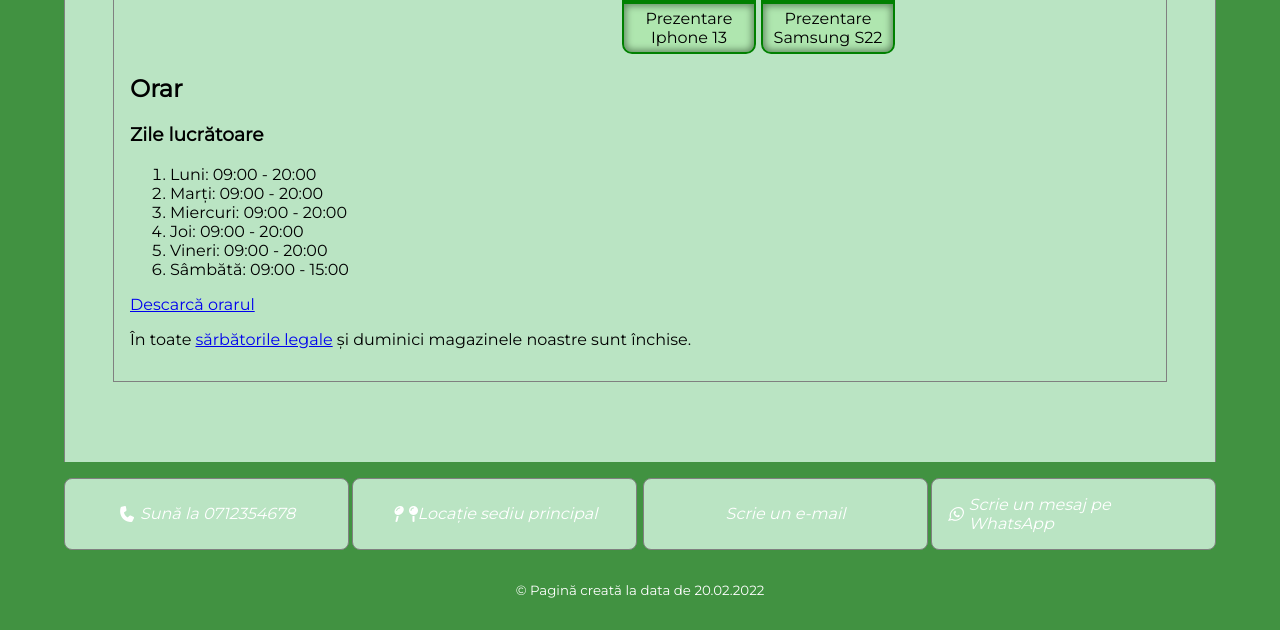
Repository: alexbanilean/Proiect-TW---ElectroHub
Page: index.html
These files come from the project's save history. The page is drawn as it stood at one moment and after a run of saves; the edit follows.
The browser window is 1280 px wide. The pictures show the part of the page from y = 3948 to 4578 px (the page is 4578 px tall).

Above is the page before, as saved 2022-03-06 21:58:04.

After the next 2 saves:
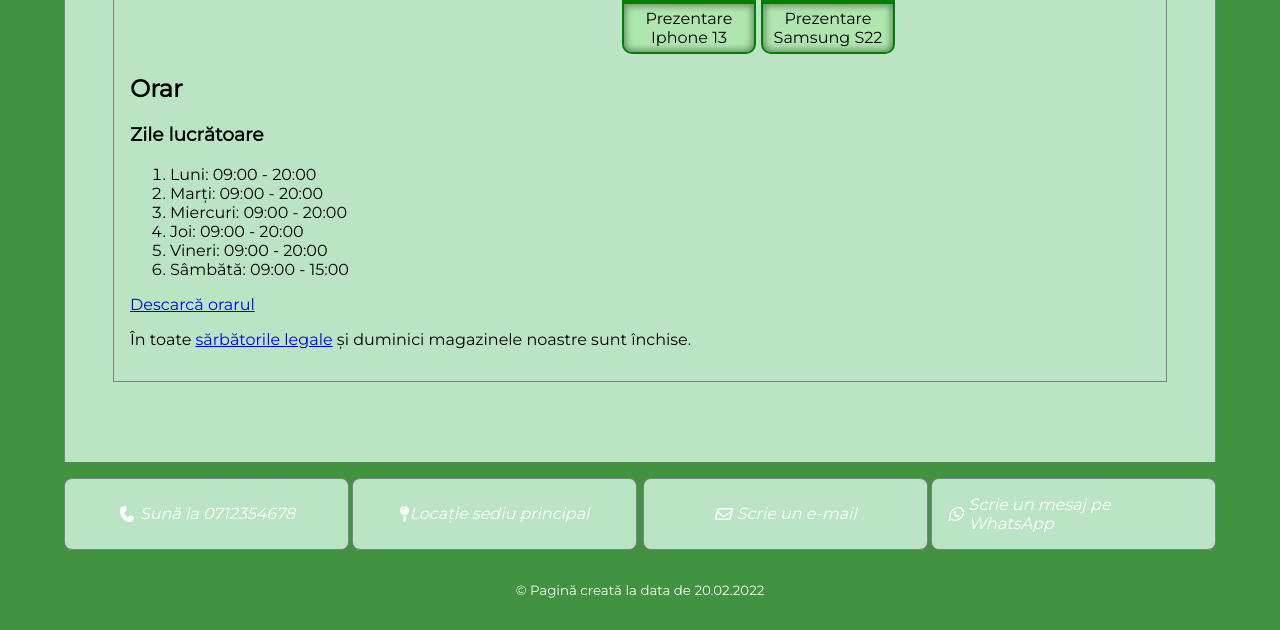
The 2 saves are shown as one change because they came seconds apart.
The last was saved 27 s later.
--- a/resurse/css/general.css
+++ b/resurse/css/general.css
@@ -157,21 +157,21 @@ footer>address .apel::before{
     content:'\f095';
 }
 
-footer>address .locatie::before{
+/* footer>address .locatie::before{
     display: inline-block;
     font-family: "Font Awesome 6 Free";
     font-weight: 600;
     padding-right: 0.4rem;
     content:'\f276';
-}
-
-/* footer>address .mail::before{
+} */
+
+footer>address .mail::before{
     display: inline-block;
     font-family: "Font Awesome 6 Free";
     font-weight: 400;
     padding-right: 0.4rem;
     content:'\f0e0';
-} */
+}
 
 footer>address .mesaj::before{
     display: inline-block;
